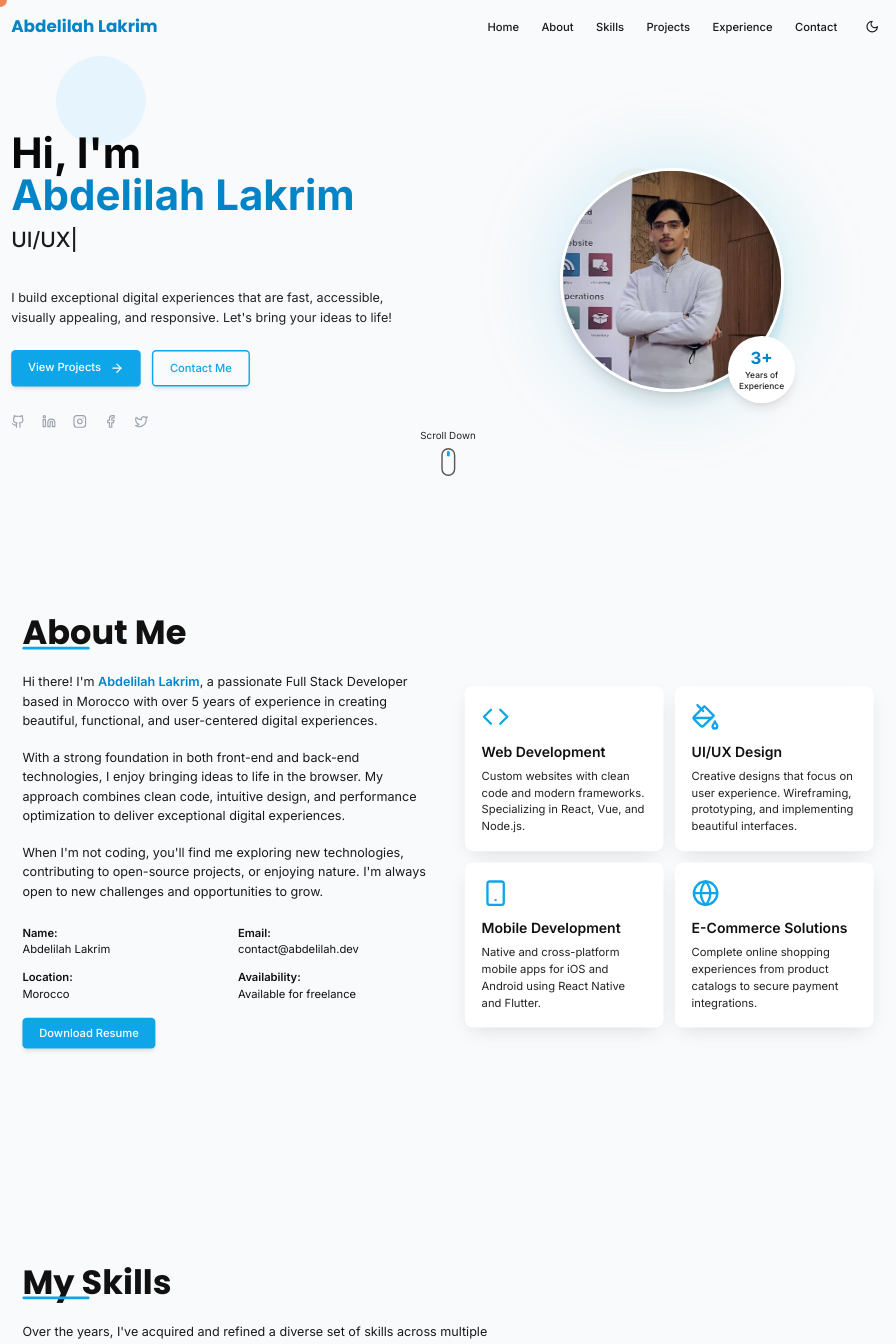
Repository: Abdelilah-Lakrim/Personal_Portfolio
Page: /
These files come from the project's save history. The page is drawn as it stood at one moment and after the next save; the edit follows.
The browser window is 1280 px wide. The pictures show the part of the page from y = 0 to 1920 px (the page is 7905 px tall), at 70% of full size.
The project was rebuilt for these pictures with package versions that can differ from the ones it lists, and the page was loaded fresh each time. Also part of the build but not shown: vite.config.ts.

Above is the page before, as saved 2025-05-21 12:32:05.

After the next save:
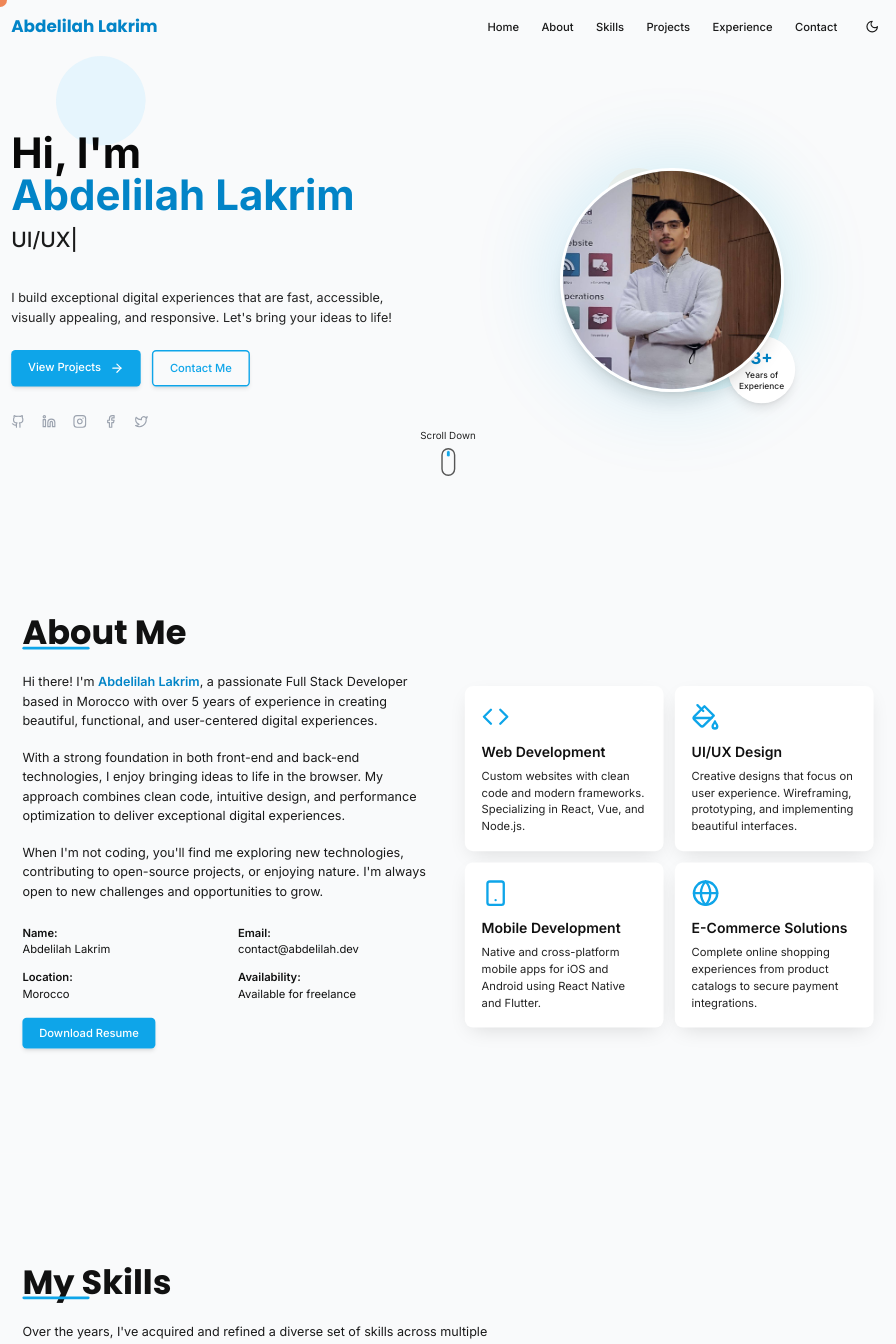
Saved 8 s later.
--- a/src/components/Hero.tsx
+++ b/src/components/Hero.tsx
@@ -152,7 +152,7 @@ const Hero: React.FC = () => {
           >
             <div className="relative">
               <div className="absolute inset-0 bg-gradient-to-r from-primary-500 to-secondary-500 rounded-full blur-3xl opacity-20"></div>
-              <img src="public/image/Portrait.jpg" className="relative z-10 w-64 h-64 sm:w-80 sm:h-80 rounded-full border-4 border-white shadow-xl"/>
+              <img src="public/image/Portrait.jpg" className="relative z-50 w-64 h-64 sm:w-80 sm:h-80 rounded-full border-4 border-white shadow-xl"/>
               <div className="absolute -bottom-4 -right-4 w-24 h-24 bg-white rounded-full flex items-center justify-center shadow-lg z-20">
                 <div className="text-xs font-medium text-center">
                   <span className="block text-primary-600 font-bold text-2xl">3+</span>
